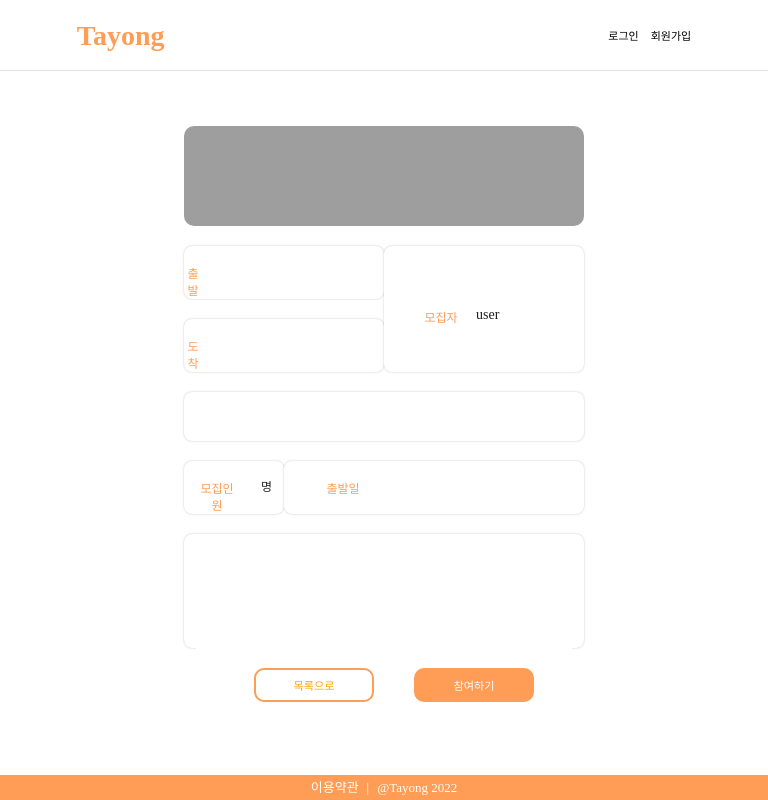
Repository: YEOMJINSEOP/Tayong
Page: /detail (app in react/)
An editor plug-in stored every save of this project. The page is shown before and after the next save, followed by the edit.
The browser window is 768 px wide. The pictures show the whole page.
Pictures or frames that could not be fetched are drawn as grey boxes. The page's requests for data from a server got no answer. Some web fonts or font styles are not loaded; a fallback is used. The project was rebuilt for these pictures with package versions that can differ from the ones it lists, and the page was loaded fresh each time. No one was signed in, and anything a server would have sent is missing. Also part of the build but not shown: react/src/components/departure/departure.jsx, react/src/components/arrival/arrival.jsx, react/src/components/locationSelector/locationSelector.jsx, react/src/pages/Home.jsx, react/src/components/meet/meet.jsx, react/src/components/list/meetList.jsx, react/src/pages/List.jsx, react/src/components/form/form.jsx and 5 more.

Above is the page before, as saved 2022-12-09 10:50:17.

### react/public/index.html
<!DOCTYPE html>
<html lang="en">
  <head>
    <base href="/" />
    <meta charset="utf-8" />
    <link rel="icon" href="%PUBLIC_URL%/favicon.ico" />
    <meta name="viewport" content="width=device-width, initial-scale=1" />
    <meta name="theme-color" content="#000000" />
    <meta
      name="description"
      content="Web site created using create-react-app"
    />
    <link rel="apple-touch-icon" href="%PUBLIC_URL%/logo192.png" />
    <!--
      manifest.json provides metadata used when your web app is installed on a
      user's mobile device or desktop. See https://developers.google.com/web/fundamentals/web-app-manifest/
    -->
    <link rel="manifest" href="%PUBLIC_URL%/manifest.json" />
    <!--
      Notice the use of %PUBLIC_URL% in the tags above.
      It will be replaced with the URL of the `public` folder during the build.
      Only files inside the `public` folder can be referenced from the HTML.

      Unlike "/favicon.ico" or "favicon.ico", "%PUBLIC_URL%/favicon.ico" will
      work correctly both with client-side routing and a non-root public URL.
      Learn how to configure a non-root public URL by running `npm run build`.
    -->
    <title>React App</title>
  </head>
  <body>
    <noscript>You need to enable JavaScript to run this app.</noscript>
    <div id="root"></div>
    <!--
      This HTML file is a template.
      If you open it directly in the browser, you will see an empty page.

      You can add webfonts, meta tags, or analytics to this file.
      The build step will place the bundled scripts into the <body> tag.

      To begin the development, run `npm start` or `yarn start`.
      To create a production bundle, use `npm run build` or `yarn build`.
    -->
  </body>
</html>

### react/src/App.module.css
:root{

  /* color */
  --color-orange: #FF9C55;
  --color-light-grey: #e0e0e0;
  --color-white: #ffffff;
  --color-black: #201F1E;


  /* font family */
  --font-famiy-pretendard-regular: 'Pretendard-Regular';
  --font-family-leferipoint-black: 'LeferiPoint-BlackA';
  --font-family-leferibase-regular: 'LeferiBaseType-RegularA';
  --font-family-leferibase-bold:  'LeferiBaseType-BoldA';

  /* font size */
  --font-large: 48px;
  --font-medium: 28px;
  --font-regular: 18px;
  --font-small: 14px;
  --font-semi-small: 12px;
  --font-micro: 10px;

  /* font weight */
  --weight-pretendard-thin:  100;
  --weight-pretendard-extraLight:  200;
  --weight-pretendard-light: 300;
  --weight-pretendard-regular: 400;
  --weight-pretendard-medium:  500;
  --weight-pretendard-semiBold:  600;
  --weight-pretendard-bold:  700;
  --weight-pretendard-extraBold: 800;
  --weight-pretendard-black: 900;

  --weight-leferi-point-white: 200;
  --weight-leferi-point-black: 700;

  --weight-leferi-base-regular: 400;
  --weight-leferi-base-bold: 700;

 /* border weight */
 --border-weight: 1.5px;

 /* border radius */
 --border-radius: 0.7rem;
}

/* universal setting*/
*{
  margin: 0;
  box-sizing: border-box;
}

@font-face {
  font-family: 'LeferiPoint-BlackA';
  src: url('https://cdn.jsdelivr.net/gh/projectnoonnu/noonfonts_2201-2@1.0/LeferiPoint-BlackA.woff') format('woff');
  font-weight: normal;
  font-style: normal;
}


@font-face {
  font-family: 'LeferiBaseType-BoldA';
  src: url('https://cdn.jsdelivr.net/gh/projectnoonnu/noonfonts_2201-2@1.0/LeferiBaseType-BoldA.woff') format('woff');
  font-weight: normal;
  font-style: normal;
}

@font-face {
  font-family: 'LeferiBaseType-RegularA';
  src: url('https://cdn.jsdelivr.net/gh/projectnoonnu/noonfonts_2201-2@1.0/LeferiBaseType-RegularA.woff') format('woff');
  font-weight: normal;
  font-style: normal;
}

@font-face {
  font-family: 'Pretendard-Regular';
  src: url('https://cdn.jsdelivr.net/gh/Project-Noonnu/noonfonts_2107@1.1/Pretendard-Regular.woff') format('woff');
  font-weight: 400;
  font-style: normal;
}



input:focus{
  outline: none;
}

button{
  border: none;
  cursor: pointer;
  background-color: transparent;
}

### react/src/pages/Detail.jsx
import React from 'react';
import Footer from '../components/footer/footer';
import Header from '../components/header/header';
import MeetDetail from '../components/meetDetail/meetDetail'

function Detail(props) {
  return (
    <>
      <Header/>
      <MeetDetail/>
      <Footer/>
    </>
  );
}

export default Detail;

### react/src/components/header/header.jsx
import React from 'react';
import { useEffect } from 'react';
import { useState } from 'react';
import { useNavigate } from 'react-router-dom';
import styles from './header.module.css';
import getData from '../../service/getData';

function Header(props) {
  const navigate = useNavigate();
  const[loginId, setLoginId] = useState("로그인");
  const[loginSucceed, setLoginSucceed] = useState(0);

  const showLoginId = () => {
    if(loginSucceed == 1){
      return loginId;
    }
    else{
      return '로그인';
    }
  }

  const showSignUp = () => {
    if(loginSucceed == 1){
      return "";
    }
    else{
      return '회원가입'
    }
  }

  useEffect(() => {
    const getUrl = 'https://yw1nspc2nl.execute-api.ap-northeast-2.amazonaws.com/dev/loginValue';
    getData(getUrl)
      .then(data => {
        const isLoginSucceed = JSON.parse(data.data['loginSuccess']);
        const loginId = data.data['loginId'];
        console.log(isLoginSucceed);
        setLoginSucceed(isLoginSucceed);
        setLoginId(loginId);
      })
  })

  return (
    <>
      <nav className={styles.navbar}>
        <p className={styles.logo} onClick={() => {
          navigate(`/`)
        }} >Tayong</p>
        <div className={styles.navbarBtn}>
          <button className={styles.btn} onClick={() => {navigate('/login')}}>{showLoginId()}</button>
          <button className={styles.btn} onClick={() => {navigate('/signup')}}>{showSignUp()}</button>
        </div>
      </nav>
    </>
  );
}

export default Header;

### react/src/components/footer/footer.jsx
import React from 'react';
import styles from './footer.module.css';

function Footer(props) {
  return (
     <footer className={styles.footer}>
      <p className={styles.contract}>이용약관</p>
      <span className={styles.divider}>  |  </span>
      <p className={styles.name}>@Tayong 2022</p>
     </footer>
  );
}

export default Footer;

### react/src/components/header/header.module.css
@import '../../App.module.css';

@font-face {
  font-family: 'LeferiPoint-BlackA';
  src: url('https://cdn.jsdelivr.net/gh/projectnoonnu/noonfonts_2201-2@1.0/LeferiPoint-BlackA.woff') format('woff');
  font-weight: normal;
  font-style: normal;
}

button{
  width: 4rem;
  font-size: 0.7rem;
}

.navbar{
  z-index: 1;
  width: 100%;
  height: 71px;

  position: fixed;

  background-color: var(--color-white);
  border-bottom: var(--border-weight) solid var(--color-light-grey);
  display: flex;
  align-items: center;
  justify-content: space-between;
}

.logo{
  font-family: 'LeferiPoint-BlackA';
  font-size: var(--font-medium);
  font-weight: bold;
  color: var(--color-orange);
  padding-left: 10vw;
  cursor: pointer;
}

.navbarBtn{
  display: flex;
  flex-direction: row;
  justify-content: center;
  align-items: center;
  padding-right: 10vw;
}

.btn{
  font-family: var(--font-famiy-pretendard-regular);
  font-size: 15px;
  font-weight: var(--weight-pretendard-light);
  width: 100px;
  height: 1.2rem;
  padding: 0;
  cursor: pointer;
}

@media screen and (max-width: 768px){

  .btn {
    font-size: 11px;
    width:fit-content;
    margin-left: 12px;
  }
  .navbarBtn{
    display: flex;
    justify-content: right;
  }
}

### react/src/service/getData.jsx
import axios from 'axios';

const getData = (url) => {
  return axios.get(url);
}

export default getData;

### react/src/components/footer/footer.module.css
@import '../../App.module.css';

.footer{
  width: 100%;
  height: 25px;

  position: fixed;
  bottom: 0;

  background-color: var(--color-orange);

  display: flex;
  flex-direction: row;
  justify-content: center;
  align-items: center;
  font-size: var(--font-micro)
}

.contract, .name, .divider{
  font-family: var(--font-famiy-pretendard-regular);
  color: var(--color-white);
  font-size: 13px;
}

.divider{
  margin: 0 8px;
}

.contract:hover{
  cursor: pointer;
}

### react/src/components/locationSelector/locationSelector.module.css
@import '../../App.module.css';

.locationSelector{
  position: fixed;

  width: 100%;
  margin: auto;
  top: 35%;

  display: flex;
  flex-direction: column;
  align-items: center;
}

.location{
  display: flex;
  flex-direction: row;
  justify-content: space-between;
  margin-bottom: 30px;
}

.info{
  font-size: 20px;
  color: var(--color-black);
  text-align: center;
  padding-bottom: 0.5rem;
}


.info span{
  font-size: 26px;
  font-weight: var(--weight-pretendard-medium);
  color: var(--color-orange);
}

.ocos{
  font-family: var(--font-family-leferibase-bold);
}

.info{
  margin-bottom: 1;
}


.arrow{

  margin-top: 80px;
  display: flex;
  align-items:center;
  font-size: 30px;
  color: var(--color-orange);
}


.submitBtn{

  position: fixed;
  top: 62%;
  outline: none;
  width: 201px;
  height: 51px;

  font-family: var(--font-family-pretendard-regular);
  font-weight: var(--weight-pretendard-semiBold);
  font-size: 16px;
  color: var(--color-white);

  background-color: var(--color-orange);
  border-radius: var(--border-radius);
}


@media screen and (max-width: 768px){

.info{
    font-size: 16px;
    color: var(--color-black);
    text-align: center;
    padding-bottom: 0.5rem;
}


.info span{
    font-size: 22px;
    font-weight: var(--weight-pretendard-medium);
    color: var(--color-orange);
}

.ocos{
    font-size: 22px;
    font-family: var(--font-family-leferibase-bold);
}

.arrow{
  transform: rotate(90deg);
}

.departure{
  margin-bottom: 30px;
}

.arrival{
  margin-top: 30px;
}


.location{
  position: fixed;
  top: 15%;
  display: flex;
  flex-direction: column;
  justify-content: center;
  align-items: center;
  margin-bottom: 30px;
}

.arrow{
  margin: 20px 0;
  padding: 0;
}

.submitBtn {
  position: fixed;
  top: 75%;
}
}

### react/src/components/list/meetList.module.css
@import '../../App.module.css';

.meetList{
  top: 3.4rem;
  bottom: 3.7rem;
  /* background-color: yellow; */
  position: absolute;

  width: 100%;
  overflow-y: scroll;

  padding: 0;
  margin: 0;

  display: flex;
  flex-direction: column;
  justify-content: center;
  align-items: center;

}

.meetListLabel {
  font-family: var(--font-family-pretendard-regular);
  font-weight: 500;
  font-size: 14px;
  line-height: 17px;

  color: var(--color-orange);
  padding-left: 70px;

}


.location{
  position: absolute;
  top: 8%;
  display: flex;
  flex-direction: row;
  justify-content: space-around;
  text-align: center;
}

.locationDeparture, .locationArrival{
  display: flex;
  flex-direction: column;
  align-items: center;
  font-size: var(--font-semi-small);
  color: var(--color-orange);
  font-weight: var(--weight-bold);
  margin: 1rem;

}


.location input{
  width: 152px;
  height: 40px;
  margin: 0.5rem;
  padding: 0 0.5rem;

  text-align: center;
  background-color: var(--color-white);
  box-shadow: 0px 0px 4px rgba(0, 0, 0, 0.25);
  border: none;
  border-radius: 0.5rem;

  font-family: var(--font-family-pretendard-regular);
  font-weight: var(--font-pretendard-light);
  font-size: 14px;

}

.locationArrow{
  position: absolute;
  font-size: var(--font-semi-small);
  color: var(--color-orange);
  top: 55px;
}

.btn_create{
  position: absolute;
  top: 15%;
  right: 10%;

  width: 134px;
  height: 40px;
  border-radius: 8px;
  background-color: var(--color-orange);

  font-family: var(--font-family-pretendard-regular);
  font-weight: 500;
  font-size: 14px;
  line-height: 17px;

  color: var(--color-white);
}


.meetUl{
  /* background-color: green; */
  position :absolute;
  width: 80vw;
  top: 200px;
  padding: 10px 0 0 0;
  overflow-x: hidden;
  /* margin: 0 10px; */
  overflow-wrap:break-word;
  overflow-y:scroll;
  list-style: none;

  margin: auto;
  display: grid;
  grid-template-columns: repeat(5, 1fr);

  justify-items: center;
  align-items: center;
  column-gap: 20px;
  row-gap: 20px;
}


@media screen and (max-width: 1860px){

  .meetUl{
    display: grid;
    grid-template-columns: repeat(4, auto);

    column-gap: 20px;
    row-gap:  20px;
  }
/*
  .meet{
    width: 240px;
    height: 170px;
  } */

}


@media screen and (max-width: 1520px){

  .meetUl{
    display: grid;
    grid-template-columns: repeat(3, auto);

    column-gap: 20px;
    row-gap:  20px;
    padding: 0;
  }

  /* .meet{
    width: 240px;
    height: 170px;
  } */


}

@media screen and (max-width: 1024px){

  .location{
    position: fixed;
    top: 100px;
  }

  .meetUl{
    display: grid;
    grid-template-columns: repeat(2, auto);
    column-gap: 20px;
    row-gap:  20px;
    padding: 0;
  }

  .btn_create{
    position: fixed;
    top: 200px;
    right: 41.9%;
  }

}

@media screen and (max-width: 768px){

  .location{
    position: fixed;
    top: 100px;
  }

  .meetListLabel{
    padding: 0;
  }

  .btn_create{
    position: fixed;
    top: 200px;
    right: 35%;
  }


  .meetUl{
    display: flex;
    flex-direction: column;
    padding: 0;
  }

}

### react/src/components/meetDetail/meetDetail.module.css
@import '../../App.module.css';


.container{
  position: absolute;
  top: 12%;

  width: 100%;
  display: flex;
  flex-direction: column;
  align-items: center;
  justify-content: center;

  /* background-color: lightblue; */
}

.departure, .arrival, .remainingTime, .recruitment, .transport, .title, .content, .user{
  border: none;
  outline: none;
  background: var(--color-white);
  box-shadow: 0px 0px 2px rgba(0, 0, 0, 0.25);
  border-radius: 8px;
  text-align: center;

  display: flex;
  justify-content: space-between;
  align-items: center;

  padding: 0 12px;
}

.meetDetailLable{
  width: 60px;
  height: 14px;
  margin: 0;

  font-family: var(--font-family-pretendard-regular);
  font-weight: 500;
  font-size: 12px;
  line-height: 17px;

  color: var(--color-orange);
}

.imgTransport{
  width: 596px;
  height: 100px;
  border-radius: 10px;
}

.locAndUserContainer{
  width: 596px;
  margin-top: 20px;
  display: flex;
  justify-content: space-between;
}

.departure{
  width: 288px;
  height: 53px;


  display: flex;
  justify-content: center;
  align-items: center;
}

.arrival{
  width: 288px;
  height: 53px;
  margin-top: 20px;

  display: flex;
  justify-content: center;
  align-items: center;
}

.user{
  width: 288px;
  height: 126px;
}

.title{
  width: 596px;
  height: 49px;
  margin-top: 20px;
}

.info{
  width: 596px;
  margin-top: 20px;
  display: flex;
  justify-content: space-between;
}


.recruitment {
  width: 288px;
  height: 53px;
  margin-left: 0;
  display: flex;
  justify-content: center;
  align-items: center;
}

.recruitment input{
  width: 20px;
  margin-left: 3px;
  padding-right: 0;
  margin-right: 0;
}

.recruitment p {
  margin: 0;
  font-size: 12px;
}

.remainingTime {
  width: 288px;
  height: 53px;

  display: flex;
  justify-content: center;
  align-items: center;
}


.userInfo{
  margin-left: 20px;
}
.userAvatar{
  background-color: lightblue;
  width: 50px;
  height: 50px;
  border-radius: 100%;
  font-size: 40px;
}

.content{
  width: 596px;
  height: 114px;
  margin-top: 20px;
  padding-top: 20px;
}

.btns{
  width: 596px;
  height: 34px;
  margin-top: 20px;
  display: flex;
  justify-content: space-between;
}

button {
  width: 185px;
  height: 34px;
  border-radius: 10px;
}

.btn_join, .btn_chat{
  background-color: var(--color-orange);
  color: var(--color-white);
}

.btn_backToList{
  background-color: var(--color-white);
  border: 2px solid var(--color-orange);
  color: orange;
}

.btn_chat a {
  text-decoration: none;
  color: var(--color-white);
}

.userInfo {
  display: flex;
  flex-direction: row;
  justify-content: space-between;
}

.userInfoInfo {
  width: 50px;
  font-size: 12px;
  color: var(--color-orange);
  text-align: center;
  padding-top: 15px;
  margin-right: 10px;
}

.userInfo p {
  padding-top: 13px;
}


@media screen and (max-width: 768px){
  .imgTransport{
    width: 400px;
  }

  .locAndUserContainer{
    width: 400px;
    margin-top: 20px;
    display: flex;
    justify-content: space-between;
  }

  .departure{
    width: 200px;
  }

  .arrival{
    width: 200px;
  }
  .title{
    width: 400px;
  }
  .info{
    width: 400px;
  }

  .recruitment{
    width: 100px;
  }


  .remainingTime{
    width: 300px;
  }

  .container{
    padding-top: 30px;
    padding-left: 10px;
    padding-right: 10px;
  }

  .userInfoInfo {
    width: 60px;
    margin: 0;
    padding-right: 10px;
  }

  .content{
    width: 400px;
  }

  .btns{
    width: 300px;
  }

  button {
    width: 120px;
    margin-left: 20px;
  }
}

### react/src/service/postData.jsx
import React from 'react';
import axios from 'axios';


const postData = (url, data) => {
  axios
  .post(url, data)
  .then(
    (res) => {
      console.log(res);
      console.log("data post complete🥕");
    }
  )
}

export default postData;

### react/src/components/loginForm/loginForm.module.css
@import '../../App.module.css';

.logInContainer{
    position: absolute;
    top: 22%;

    width: 100%;
    display: flex;
    flex-direction: column;
    align-items: center;
    justify-content: center;

}

.logo{
  font-family: 'LeferiPoint-BlackA';
  font-size: 50px;
  font-weight: bold;
  color: var(--color-orange);

  cursor: pointer;
}

.email {
  display: flex;
  flex-direction: column;
  align-items: flex-start;
  margin-top: 40px;
}

.email input{
  width: 390px;
  height: 48px;

  border: 1px solid #CCCCCC;
  border-radius: 6px;

  margin-top: 10px;
  padding-left: 15px;
  text-align: left;
}

.password{
  display: flex;
  flex-direction: column;
  align-items: flex-start;
  margin-top: 30px;
}

.password input{
  width: 390px;
  height: 48px;

  border: 1px solid #CCCCCC;
  border-radius: 6px;

  margin-top: 10px;

  padding-left: 15px;
  text-align: left;
}

label {
  font-family: var('Pretendard-Regular');
  font-weight: 600;
  color: var(--color-black);
  font-size: 18px;
  margin: 0;
  width: 100%;
}

.submitBtn {
  width: 390px;
  height: 52px;

  margin-top: 36px;

  background: #FF9C55;
  border-radius: 6px;

  font-family: var('Pretendard-Regular');
  color: var(--color-white);
  font-weight: 600;
  font-size: 18px;
  line-height: 22px;

  cursor: pointer;
}

.extraFunc {
  display: flex;
  flex-direction: row;
  justify-content: space-between;

  font-family: var('Pretendard-Regular');
  font-weight: 300;
  font-size: 14px;
  line-height: 17px;
  text-decoration-line: underline;
  color: var(--color-black);

  width: 390px;
  margin-top: 12px;

}

.extraFunc p{
  cursor:pointer;
}

### react/src/components/signUpForm/signUpForm.module.css
@import '../../App.module.css';

.logInContainer{
    position: absolute;
    top: 12%;

    width: 100%;
    display: flex;
    flex-direction: column;
    align-items: center;
    justify-content: center;

}

.title{
  font-family: var('Pretendard-Regular');
  font-size: 36px;
  font-weight: bold;
  color: var(--color-orange);

  cursor: pointer;
}

.email {
  display: flex;
  flex-direction: column;
  align-items: flex-start;
  margin-top: 40px;
}

.email input{
  width: 390px;
  height: 48px;

  border: 1px solid #CCCCCC;
  border-radius: 6px;

  margin-top: 10px;
  padding-left: 15px;
  text-align: left;
}

.authBtn{
  width: 79px;
  height: 48px;
  margin-left: 9px;
  background-color: var(--color-orange);
  border-radius: 6px;

  color: var(--color-white);
  font-family: var('Pretendard-Regular');
  font-weight: 500;
  font-size: 16px;
  line-height: 19px;
}

.password{
  display: flex;
  flex-direction: column;
  align-items: flex-start;
  margin-top: 30px;
}

.password input{
  width: 390px;
  height: 48px;

  border: 1px solid #CCCCCC;
  border-radius: 6px;

  margin-top: 10px;

  padding-left: 15px;
  text-align: left;
}

label {
  font-family: var('Pretendard-Regular');
  font-weight: 600;
  color: var(--color-black);
  font-size: 18px;
  margin: 0;
  width: 100%;
}

.submitBtn {
  width: 390px;
  height: 52px;

  margin-top: 36px;

  background: #FF9C55;
  border-radius: 6px;

  font-family: var('Pretendard-Regular');
  color: var(--color-white);
  font-weight: 600;
  font-size: 18px;
  line-height: 22px;

  cursor: pointer;
}

.nickname {
  display: flex;
  flex-direction: column;
  align-items: flex-start;
  margin-top: 40px;
}

.nickname input{
  width: 390px;
  height: 48px;

  border: 1px solid #CCCCCC;
  border-radius: 6px;

  margin-top: 10px;
  padding-left: 15px;
  text-align: left;
}

### react/src/components/departure/departure.module.css
@import '../../App.module.css';


.departure{
  margin: 0 3rem;
}

.info{
  font-size: 20px;
  color: var(--color-black);
  text-align: center;
  padding-bottom: 0.5rem;
}


.info span{
  font-size: 26px;
  font-weight: var(--weight-pretendard-medium);
  color: var(--color-orange);
}

.inputBox{
  width: 300px;
  height: 81px;
  padding: 0 0.5rem;

  background-color: var(--color-white);
  box-shadow: 0px 0px 4px rgba(0, 0, 0, 0.25);
  border-radius: 1rem;

  display: flex;
  justify-content: center;
  align-items: center;
}

.input{
  border: none;
  outline: none;
  font-weight: var(--weight-pretendard-light);
  font-size: 18px;
  text-align: center;
}

.searchIcon{
  width: 28px;
  height: 28px;
  color: var(--color-orange);
}


.ocos{
  font-family: var(--font-family-leferibase-bold);
}



.searchDropDown ul{
  list-style: none;
  padding: 0;
}

.searchDropDown li{
  width: 100%;
  margin-bottom: 0.1px;

  border: 0.5px solid lightgrey;
  border-radius: 4px;
}

.searchDropDown li:hover{
  border: 0.5px solid var(--color-orange);
}

.searchDropDown button{
  width: 100%;
  height: 32px;

  font-family: var(--font-family-pretendard-regular);

  font-size: 18px;

/*
  border: 1px solid var(--color-orange); */
}

@media screen and (max-width: 768px){
  .searchIcon{
    width: 20px;
    height: 20px;
  }
}

### react/src/components/arrival/arrival.module.css
@import '../../App.module.css';


.arrival{
  margin: 0 3rem;
}

.inputBox{
  width: 300px;
  height: 81px;
  padding: 0 0.5rem;

  background-color: var(--color-white);
  box-shadow: 0px 0px 4px rgba(0, 0, 0, 0.25);
  border-radius: 1rem;

  display: flex;
  justify-content: center;
  align-items: center;
}


.input{
  border: none;
  outline: none;
  font-weight: var(--weight-pretendard-light);
  font-size: 18px;
  text-align: center;
}


.searchIcon{
  width: 28px;
  height: 28px;
  color: var(--color-orange);
}

.ocos{
  font-family: var(--font-family-leferibase-bold);
}


.searchDropDown ul{
  list-style: none;
  padding: 0;
}

.searchDropDown li{
  width: 100%;
  margin-bottom: 0.1px;

  border: 0.5px solid lightgrey;
  border-radius: 4px;
}

.searchDropDown li:hover{
  border: 0.5px solid var(--color-orange);
}

.searchDropDown button{
  width: 100%;
  height: 32px;

  font-family: var(--font-family-pretendard-regular);

  font-size: 18px;

/*
  border: 1px solid var(--color-orange); */
}

@media screen and (max-width: 768px){
  .searchIcon{
    width: 20px;
    height: 20px;
  }
}

### react/src/components/meet/meet.module.css
@import '../../App.module.css';
@import '../list/meetList.module.css';
 *{
  font-family: var(--font-famiy-pretendard-regular);
 }

.meet{
  /* width: 288px; */
  width: 100%;
  height: 180px;
  background-color: var(--color-white);
  box-shadow: 0px 0px 4px rgba(0, 0, 0, 0.25);
  border-radius: 1rem;

  display: flex;
  flex-direction: column;

}

.meet:hover{
  cursor: pointer;
  opacity: 0.8;
}

.transportImg{
  width: 100%;
  height: 4.6rem;

  object-fit: cover;
  border-radius: 1rem 1rem 0 0;
}

.infoImage{
  width: 100%;
  height: 4rem;
  background-color: lightyellow;
  border-radius: 1rem 1rem 0 0;
}

.infoLocation{
  width: 100%;
  height: 50px;
  display: flex;
  justify-content: center;
  align-items: center;
}

.infoDeparture, .infoArrival{
  display: flex;
  flex-direction: column;
  justify-content: center;
  align-items: center;

  width: 97px;
  height: 17px;

  font-family: var(--font-famiy-pretendard-regular);
  font-weight: 600;
  font-size: 14px;
  line-height: 17px;

  margin-top: 15px;
  padding: 0 px;

}

.infoDeparture p, .infoArrival p{
  width: 30px;
  height: 14px;

  text-align: center;
  margin: 5px;
  font-family: var(--font-famiy-pretendard-regular);
  font-weight: 300;
  font-size: 10px;
  color: var(--color-orange);

  background: #FFFFFF;
  box-shadow: 0px 0px 1px rgba(0, 0, 0, 0.25);
  border-radius: 2px;

}


.arrow{
  position: relative;
  margin: 0 0.5rem;
  top: 1.2rem;
  width: 14px;
  height: 14px;
  color: var(--color-orange);
}

.infoSet{
  height: 2.5rem;
  margin-top: 10px;
  display: flex;
  flex-direction: row;
  justify-content: center;
  align-items: center;
  padding-right:0.5rem;
}

.infoSet div{
  text-align: center;
  font-size: 10px;
  font-weight: 300;
}

.infoSet p{
  font-size: 10px;
  font-weight: 300;
  box-shadow: 0px 0px 1px rgba(0, 0, 0, 0.25);
  border-radius: 2px;
  margin-right: 10px;
  padding: 0 3px;
  color: var(--color-orange);
}

.infoRecruitment{
  display: flex;
  justify-content: space-around;
  align-items: center;
  margin-right: 15px;

  font-family: var(--font-famiy-pretendard-regular);
}

.infoTime{
  display: flex;
  justify-content: space-around;
  align-items: center;

  font-family: var(--font-famiy-pretendard-regular);
}

Loaded but not shown: react/src/index.js (common file); react/src/index.css (common file); react/src/reportWebVitals.js (common file); react/src/App.js (53 lines, source omitted); react/src/components/meetDetail/meetDetail.jsx (165 lines, source omitted); react/src/components/form/form.module.css (267 lines, source omitted)

After the next save:
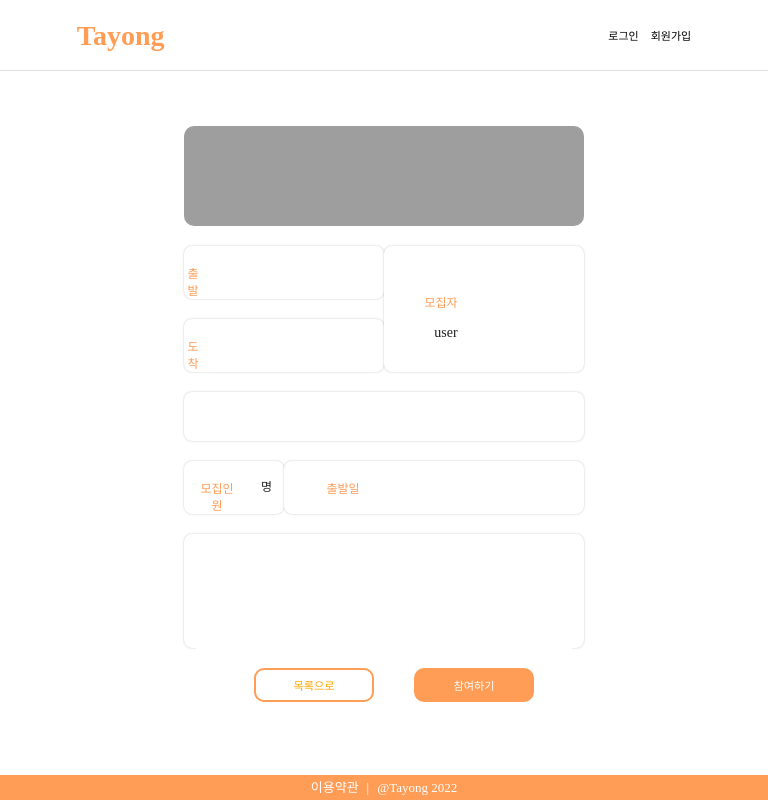
Saved 62 s later.
--- a/react/src/components/meetDetail/meetDetail.module.css
+++ b/react/src/components/meetDetail/meetDetail.module.css
@@ -234,6 +234,11 @@ button {
     padding-right: 10px;
   }
 
+  .userInfo{
+    display: flex;
+    flex-direction: column;
+  }
+
   .userInfoInfo {
     width: 60px;
     margin: 0;
